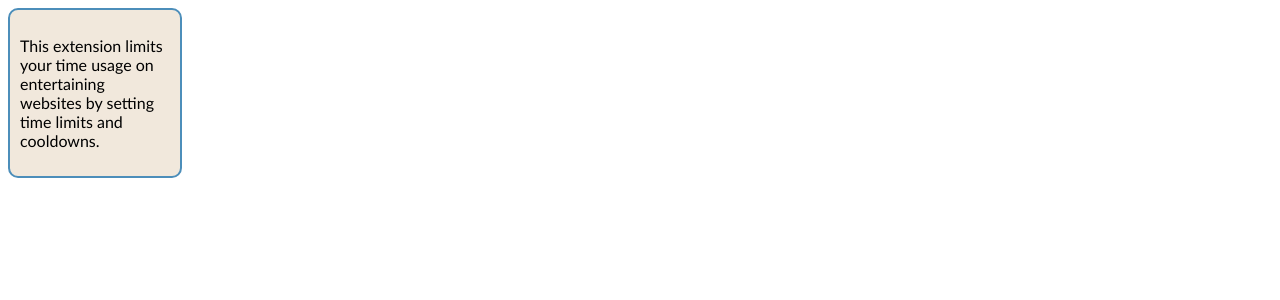
Repository: AndrlmMass/Time-management-chrome-extension
Page: popup.html
The author's editor kept a copy of each file at every save. The page is drawn from the files as they stood at one save, then again after the next save.
The browser window is 1280 px wide. The pictures show the whole page.

Above is the page before, as saved 2023-08-24 20:19:57.
Console error: TypeError: Cannot read properties of null (reading 'addEventListener')

### popup.html
<!DOCTYPE html>
<html>
<head>
  <title>Popup</title>
  <link rel="stylesheet" type="text/css" href="styles.css">
</head>
<body>
  <div id="popup-container">
    <p>This extension limits your time usage on entertaining websites by setting time limits and cooldowns.</p>
  </div>
  <script src="popup.js"></script>
</body>
</html>

### styles.css
@font-face {
  font-family: 'CustomFont';
  src: url('path/to/font.woff2') format('woff2'),
       url('path/to/font.woff') format('woff');
}

body {
    font-family: 'Calibri', sans-serif;
  }

  #popup-container {
    padding: 10px;
    margin: 0;
    width: 150px;
    background-color: #f1e8dc;
    border: 2px solid #4c8eba;
    border-radius: 10px;
  }

### popup.js
document.addEventListener("DOMContentLoaded", function () {
  var closeButton = document.querySelector(".popup-close");
  var popupContainer = document.getElementById("popup-container");

  closeButton.addEventListener("click", function (event) {
    event.stopPropagation();
    return false;
  });

  document.addEventListener("click", function (event) {
    if (event.target !== popupContainer && !popupContainer.contains(event.target)) {
      event.stopPropagation();
      event.preventDefault();
    }
  });
});

### popup.css
body {
  width: 200px;
  padding: 10px;
}

#popup-container {
  padding: 10px;
  background-color: #fff;
  border: 1px solid #ccc;
  box-shadow: 0 0 10px rgba(0, 0, 0, 0.1);
}

h1 {
  font-size: 18px;
  margin-bottom: 10px;
}

p {
  font-size: 14px;
}

#close-button {
  margin-top: 10px;
  display: none;
}

After the next save:
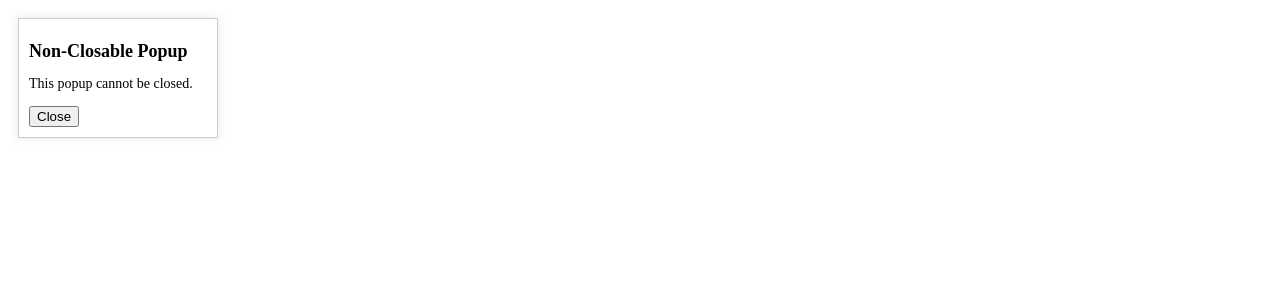
The error is gone.
Saved 30 s later.
--- a/popup.html
+++ b/popup.html
@@ -1,13 +1,15 @@
 <!DOCTYPE html>
 <html>
 <head>
-  <title>Popup</title>
-  <link rel="stylesheet" type="text/css" href="styles.css">
+  <title>My Non-Closable Popup</title>
+  <link rel="stylesheet" type="text/css" href="popup.css">
+  <script src="popup.js"></script>
 </head>
 <body>
   <div id="popup-container">
-    <p>This extension limits your time usage on entertaining websites by setting time limits and cooldowns.</p>
+    <h1>Non-Closable Popup</h1>
+    <p>This popup cannot be closed.</p>
+    <button class="popup-close">Close</button>
   </div>
-  <script src="popup.js"></script>
 </body>
 </html>
